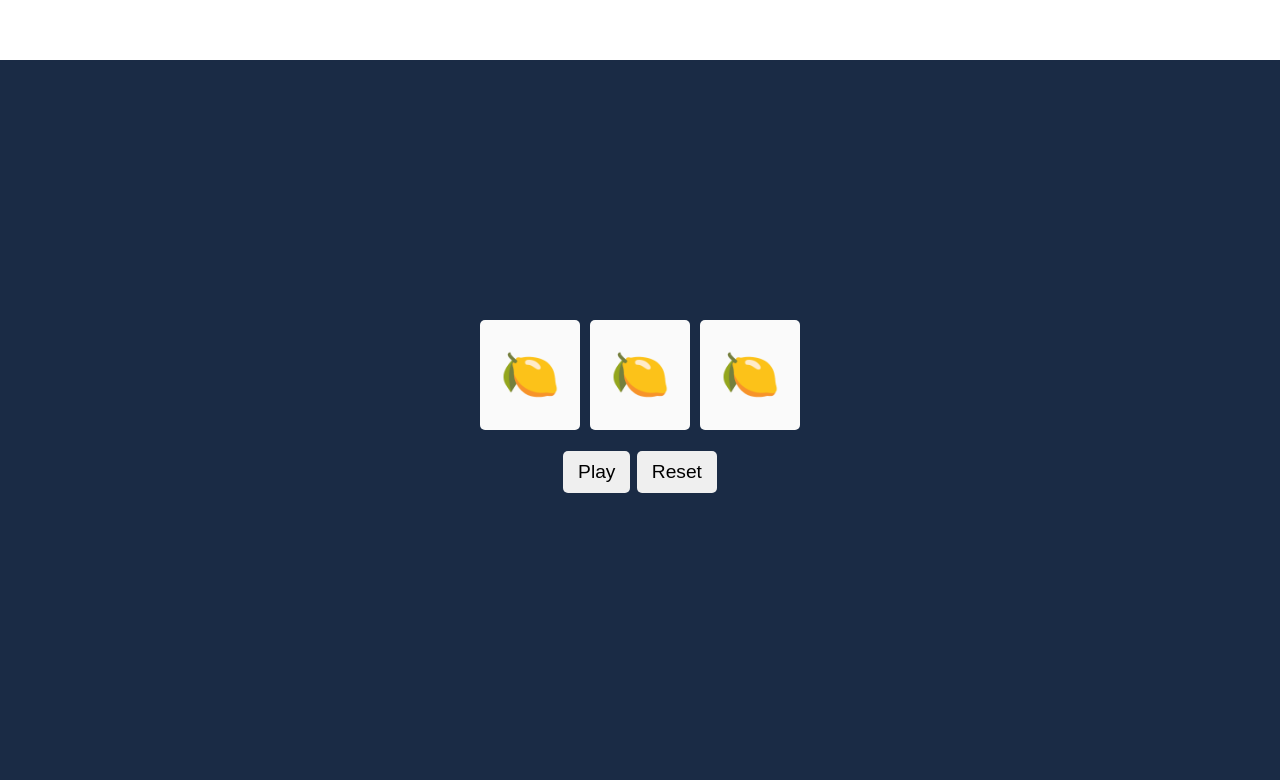
Repository: HERBOD7/slotmachine
Page: /
An editor plug-in stored every save of this project. The page is shown before and after the next save, followed by the edit.
The browser window is 1280 px wide. The pictures show the whole page.
The project was rebuilt for these pictures with package versions that can differ from the ones it lists, and the page was loaded fresh each time. Also part of the build but not shown: vue.config.js.

Above is the page before, as saved 2023-07-22 17:26:57.

### src/App.vue
<template>
  <div id="app">
    <div class="doors">
      <div class="door" v-for="i in 3" :key="i">
        <div v-if="!isLoading">
          <!-- <div class="boxes">
            <div
              :class="['box', transitionend ? 'blur' : '']"
              v-for="(symbol, index) in symbols"
              :key="index"
            >
              {{ symbol }}
            </div>
          </div> -->
          <SlotBox :symbols="symbols" />
        </div>
      </div>
    </div>

    <div class="buttons">
      <button @click="spin" id="spinner">Play</button>
      <button @click="init" id="reseter">Reset</button>
    </div>
  </div>
</template>

<script>
// import HelloWorld from "./components/HelloWorld.vue";
import SlotBox from "./components/SlotBox.vue";

export default {
  name: "App",
  components: {
    // HelloWorld,
    SlotBox,
  },
  data() {
    return {
      symbols: ["🍋", "🍉", "🍒", "🍊"],
      transitionstart: false,
      transitionend: false,
      isLoading: false,
    };
  },
  created() {
    this.init();
  },
  methods: {
    init(firstInit = true, groups = 1, duration = 1) {
      const doors = document.querySelectorAll(".door");
      this.isLoading = true;
      for (const door of doors) {
        const boxes = door.querySelector(".boxes");
        const boxesClone = boxes.cloneNode(false);
        // const pool = ["❓"];
        const pool = [];

        if (!firstInit) {
          const arr = [];
          for (let n = 0; n < (groups > 0 ? groups : 1); n++) {
            arr.push(...this.symbols);
          }
          pool.push(...this.shuffle(arr));

          boxesClone.addEventListener(
            "transitionstart",
            function () {
              door.dataset.spinned = "1";
              this.querySelectorAll(".box").forEach((box) => {
                box.style.filter = "blur(1px)";
              });
            },
            { once: true }
          );

          boxesClone.addEventListener(
            "transitionend",
            function () {
              this.querySelectorAll(".box").forEach((box) => {
                box.style.filter = "blur(0)";
                // if (index > 0) this.removeChild(box);
              });
            },
            { once: true }
          );
        }

        // for (let i = pool.length - 1; i >= 0; i--) {
        //   const box = document.createElement("div");
        //   box.classList.add("box");
        //   box.style.width = door.clientWidth + "px";
        //   box.style.height = door.clientHeight + "px";
        //   box.textContent = pool[i];
        //   boxesClone.appendChild(box);
        // }
        this.symbols = this.shuffle(this.symbols);
        boxesClone.style.transitionDuration = `${duration > 0 ? duration : 1}s`;
        boxesClone.style.transform = `translateY(-${
          door.clientHeight * (pool.length - 1)
        }px)`;
        door.replaceChild(boxesClone, boxes);
      }
      this.isLoading = false;
    },
    enterTransition() {
      this.transitionstart = true;
      console.log("start");
    },
    leaveTransition() {
      this.transitionend = true;
      console.log("end");
    },
    async spin() {
      this.init(false, 1, 2);
      const doors = document.querySelectorAll(".door");
      for (const door of doors) {
        const boxes = door.querySelector(".boxes");
        const duration = parseInt(boxes.style.transitionDuration);
        boxes.style.transform = "translateY(0)";
        await new Promise((resolve) => setTimeout(resolve, duration * 100));
      }
    },
    shuffle(array) {
      for (let i = array.length - 1; i > 0; i--) {
        const j = Math.floor(Math.random() * (i + 1));
        [array[i], array[j]] = [array[j], array[i]];
      }
      return array;
    },
  },
};
</script>

<style>
#app {
  font-family: Avenir, Helvetica, Arial, sans-serif;
  -webkit-font-smoothing: antialiased;
  -moz-osx-font-smoothing: grayscale;
  text-align: center;
  color: #2c3e50;
  margin-top: 60px;
}

body {
  width: 100vw;
  height: 100vh;
  margin: 0;
  padding: 0;
}

#app {
  width: 100%;
  height: 100%;
  background: #1a2b45;
  display: flex;
  flex-direction: column;
  justify-content: center;
  align-items: center;
}

.doors {
  display: flex;
}

.door {
  background: #fafafa;
  width: 100px;
  height: 110px;
  overflow: hidden;
  border-radius: 5px;
  margin: 5px;
}

/* .boxes {
  transform: translateY(0);
  transition: transform 1s ease-in-out;
}

.box {
  display: flex;
  justify-content: center;
  align-items: center;
  font-size: 3rem;
  height: 110px;
  width: 100px;
} */

.blur {
  filter: blur(1px);
}

.buttons {
  margin: 1rem 0 2rem 0;
}

button {
  cursor: pointer;
  font-size: 1.2rem;
  margin: 0 0.2rem;
  border: none;
  border-radius: 5px;
  padding: 10px 15px;
}

.info {
  position: fixed;
  bottom: 0;
  width: 100%;
  text-align: center;
}
</style>

### src/components/SlotBox.vue
<template>
  <div class="boxes">
    <div :class="['box']" v-for="(symbol, index) in symbols" :key="index">
      {{ symbol }}
    </div>
  </div>
</template>

<script>
export default {
  name: "SlotBox",
  props: {
    symbols: Array,
  },
};
</script>

<!-- Add "scoped" attribute to limit CSS to this component only -->
<style scoped>
.boxes {
  transform: translateY(0);
  transition: transform 1s ease-in-out;
}

.box {
  display: flex;
  justify-content: center;
  align-items: center;
  font-size: 3rem;
  height: 110px;
  width: 100px;
}
</style>

Loaded but not shown: public/index.html (common file); src/main.js (common file)

After the next save:
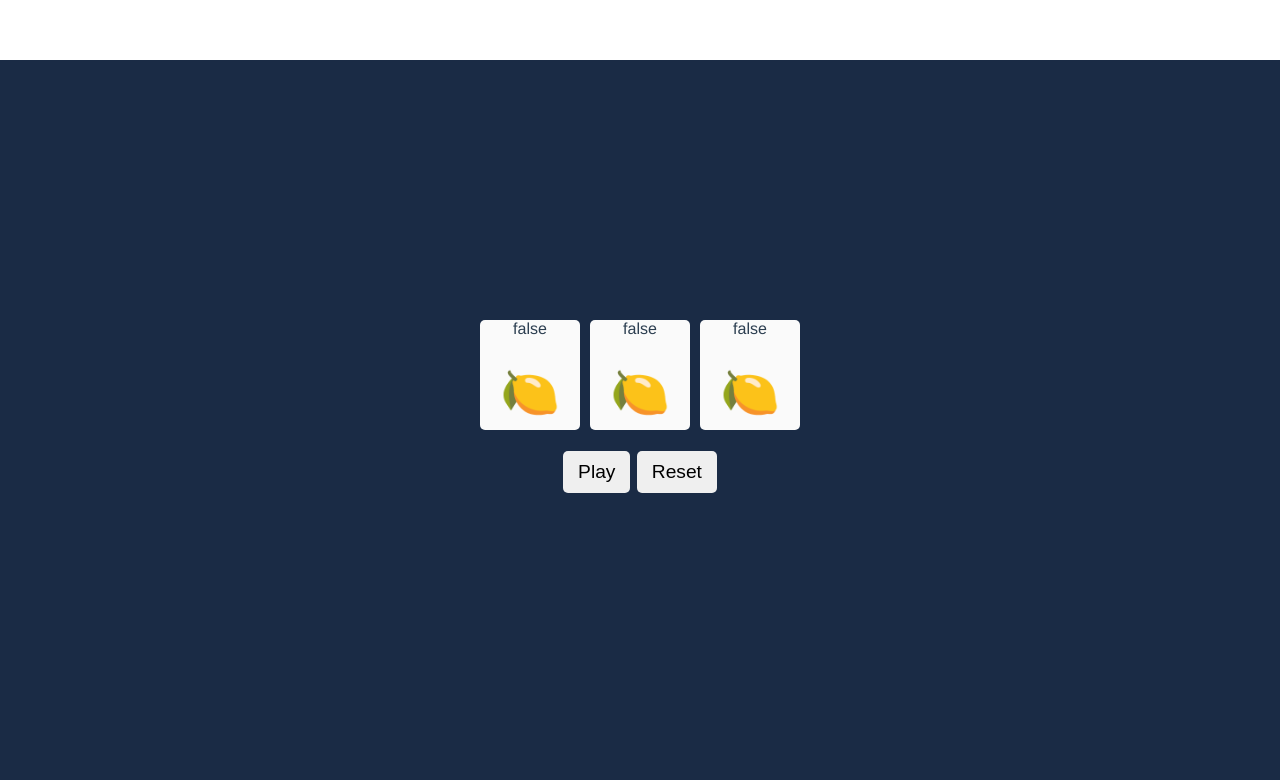
Saved 26 s later.
--- a/src/App.vue
+++ b/src/App.vue
@@ -2,6 +2,7 @@
   <div id="app">
     <div class="doors">
       <div class="door" v-for="i in 3" :key="i">
+        {{ isLoading }}
         <div v-if="!isLoading">
           <!-- <div class="boxes">
             <div
